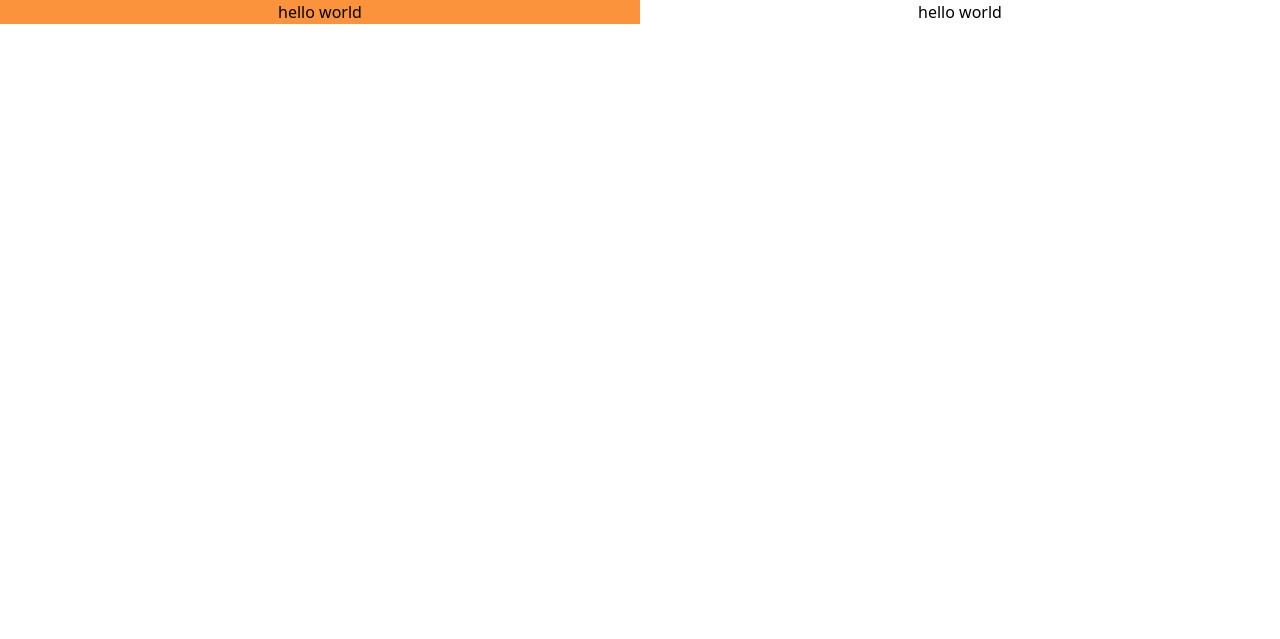
Repository: SehajBindra/SGTBIMIT-ERP-Client
Page: /StudentLogin
An editor plug-in stored every save of this project. The page is shown before and after the next save, followed by the edit.
The browser window is 1280 px wide. The pictures show the whole page.
The project was rebuilt for these pictures with package versions that can differ from the ones it lists, and the page was loaded fresh each time. Also part of the build but not shown: src/LOGIN/Login.js, src/LOGIN/FACULTY/FacultyLogin.js, src/STUDENT_PAGE/StuBody.js, src/STUDENT_PAGE/StuSidebar.js, src/STUDENT_PAGE/StuHeader.js, src/STUDENT_PAGE/StudentHome.js, src/FACULTY_PAGE/FacBody.js, src/FACULTY_PAGE/FacHeader.js and 2 more.

Above is the page before, as saved 2023-05-14 15:19:14.

After the next save:
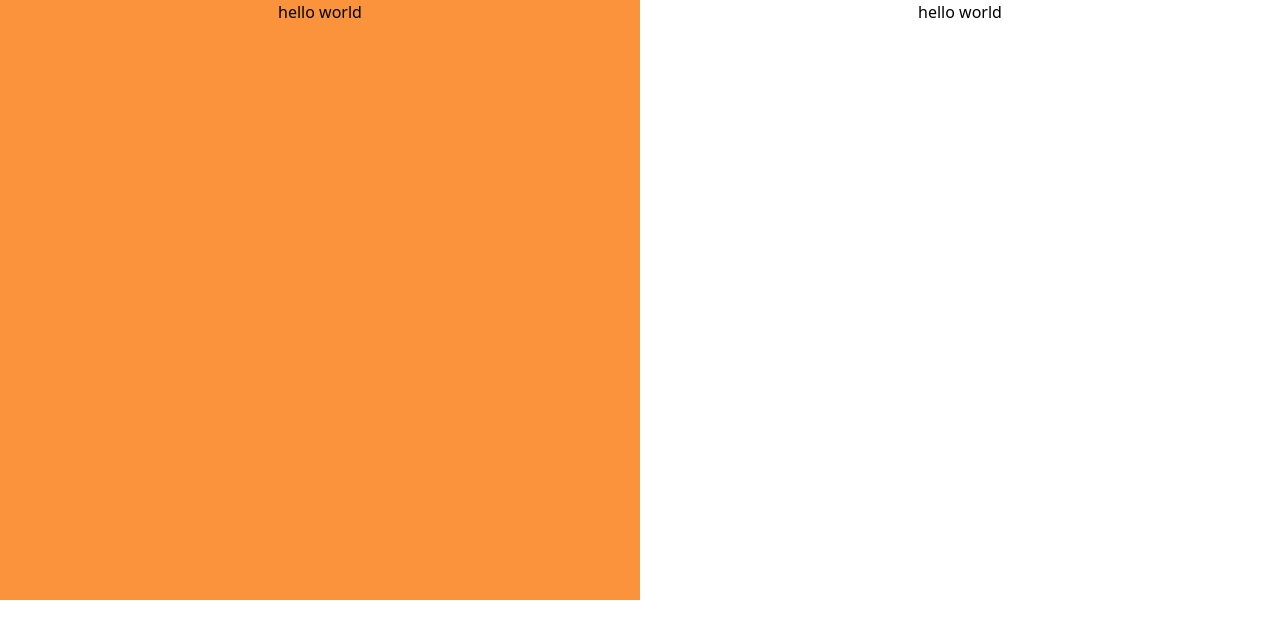
Saved 2 min 16 s later.
--- a/src/LOGIN/STUDENT/StudentLogin.js
+++ b/src/LOGIN/STUDENT/StudentLogin.js
@@ -16,12 +16,12 @@
   }, []);
 
   return (
-    <div className=" grid grid-cols-4 ">
+    <div className=" grid grid-cols-4 h-[600px] ">
       <div className=" bg-orange-400 col-span-2">
         <h2>hello world</h2>
       </div>
 
-      <div className="bg-white col-span-2">
+      <div className="bg-white  col-span-2">
         <h2>hello world</h2>
       </div>
     </div>
